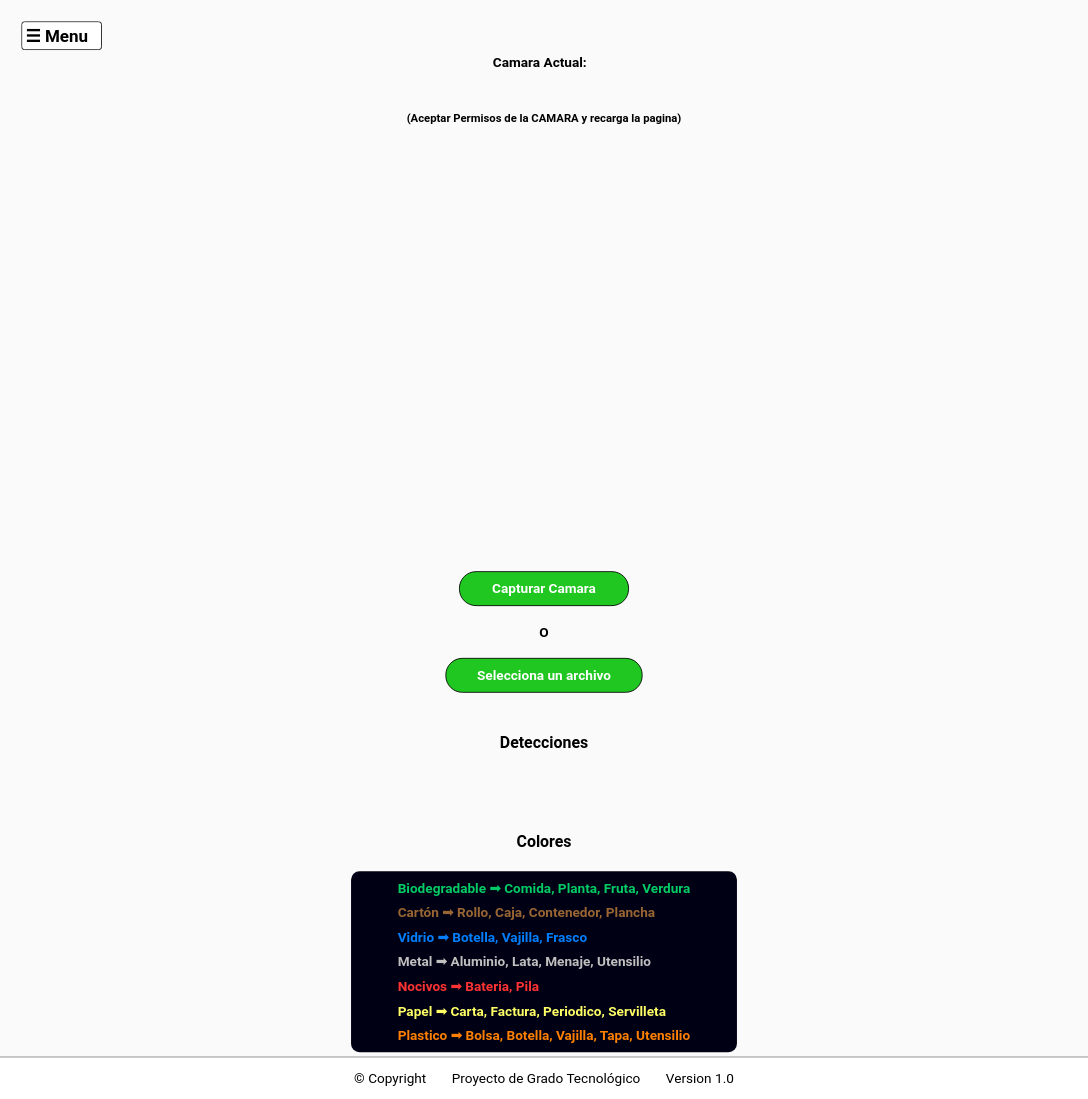
Repository: castecabas/Recicladora
Page: http://localhost/model
The author's editor kept a copy of each file at every save. The page is drawn from the files as they stood at one save, then again after the next save.
The browser window is 1280 px wide. The pictures show the whole page, at 85% of full size.
Pictures or frames that could not be fetched are drawn as grey boxes. The page is served by the project's application, run on Flask 3 (src/index.py).

Above is the page before, as saved 2025-01-03 20:20:26.

After the next save:
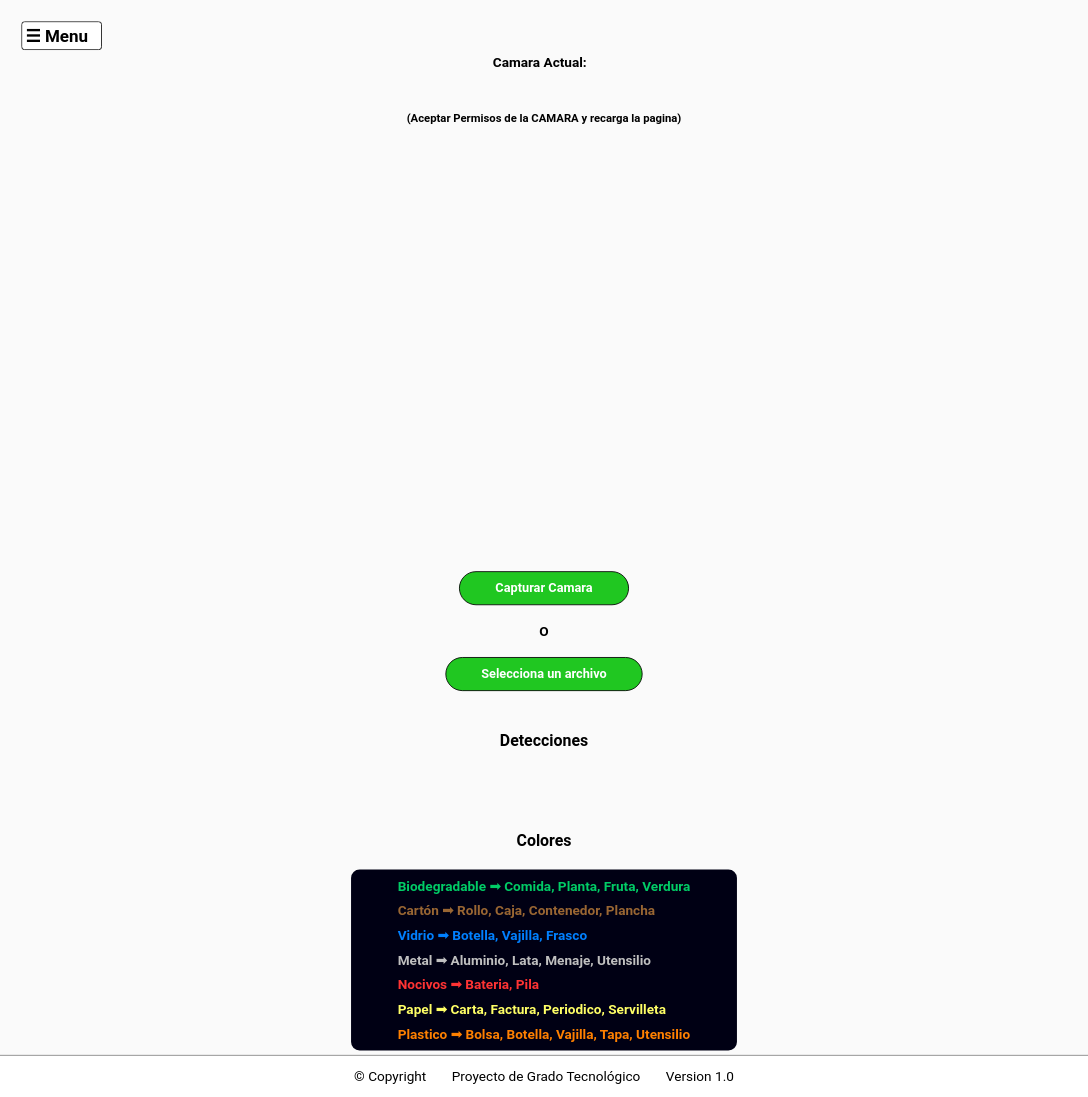
Saved 8 s later.
--- a/src/static/css/model.css
+++ b/src/static/css/model.css
@@ -100,7 +100,7 @@ main div #fileinputlabel {
     border: 1px solid black;
     width: 200px;
     text-align: center;
-    font-size: medium;
+    font-size: 15px;
 }
 
 main div #captureBtn:hover,
